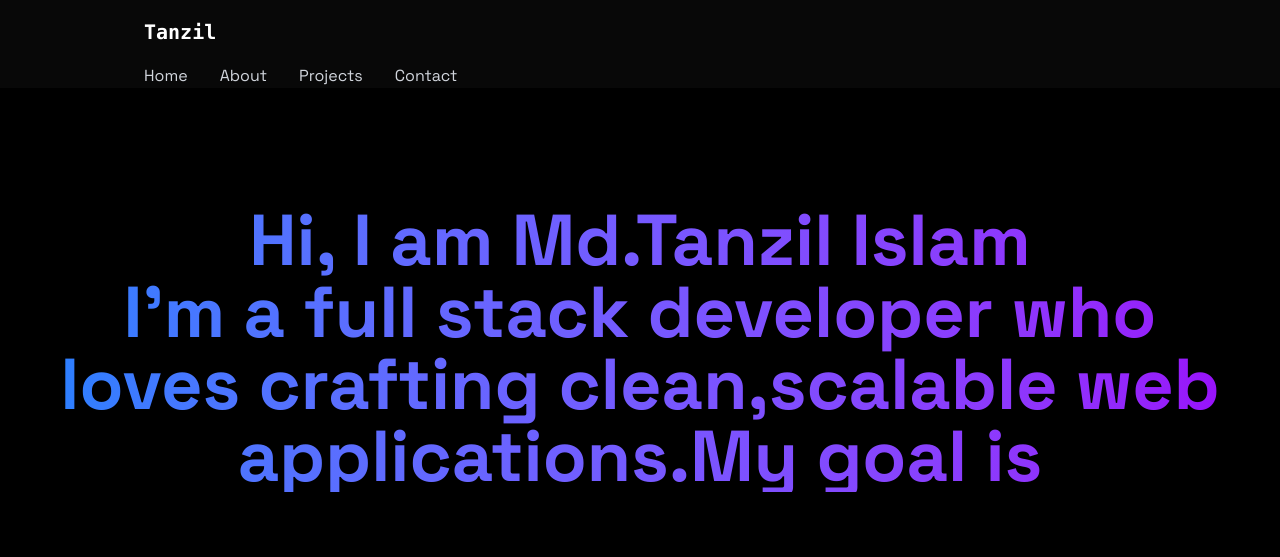
Repository: tanimtanzilislam/my_portfolio
Page: /
The author's editor kept a copy of each file at every save. The page is drawn from the files as they stood at one save, then again after a run of saves.
The browser window is 1280 px wide. The pictures show the whole page.
The project was rebuilt for these pictures with package versions that can differ from the ones it lists, and the page was loaded fresh each time. Also part of the build but not shown: vite.config.js.

Above is the page before, as saved 2025-05-10 11:40:45.

After the next 2 saves:
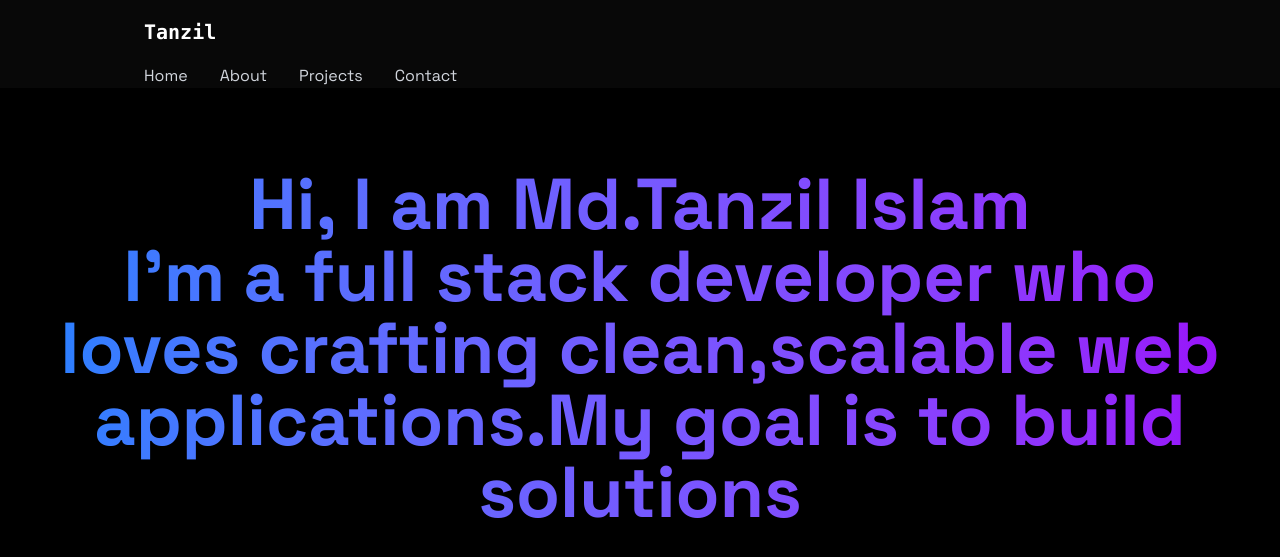
The 2 saves are shown as one change because they came seconds apart.
The last was saved 7 s later.
--- a/src/components/sections/Home.jsx
+++ b/src/components/sections/Home.jsx
@@ -3,7 +3,7 @@ export const Home =()=>{
         <div className="text-center z-10 px-14">
             <h1 className="text-5xl md:text-7xl font-bold mb-6 bg-gradient-to-r from-blue-500 to-purple-600 bg-clip-text text-transparent leading-right">Hi, I am Md.Tanzil Islam
                 <p>
-                    I'm a full stack developer who loves crafting clean,scalable web applications.My goal is                 </p>
+                    I'm a full stack developer who loves crafting clean,scalable web applications.My goal is to build solutions                </p>
             </h1>
         </div>
     </section>
